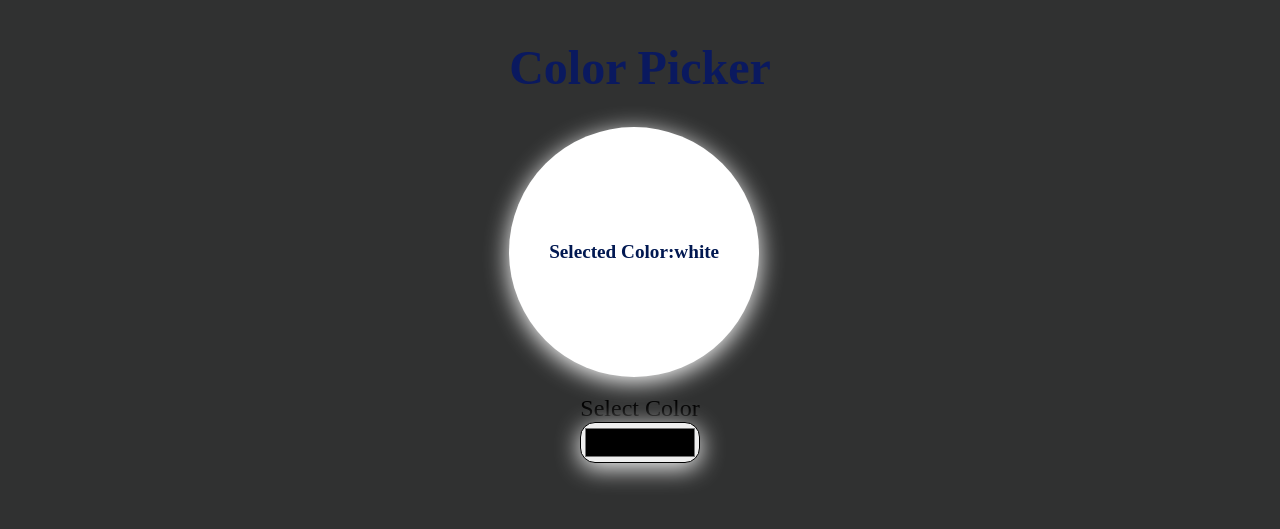
Repository: rkrukshan/Color-Picker--React-
Page: /
The author's editor kept a copy of each file at every save. The page is drawn from the files as they stood at one save, then again after a run of saves.
The browser window is 1280 px wide. The pictures show the whole page.
The project was rebuilt for these pictures with package versions that can differ from the ones it lists, and the page was loaded fresh each time. Also part of the build but not shown: vite.config.js.

Above is the page before, as saved 2024-07-21 19:08:28.

After the next 2 saves:
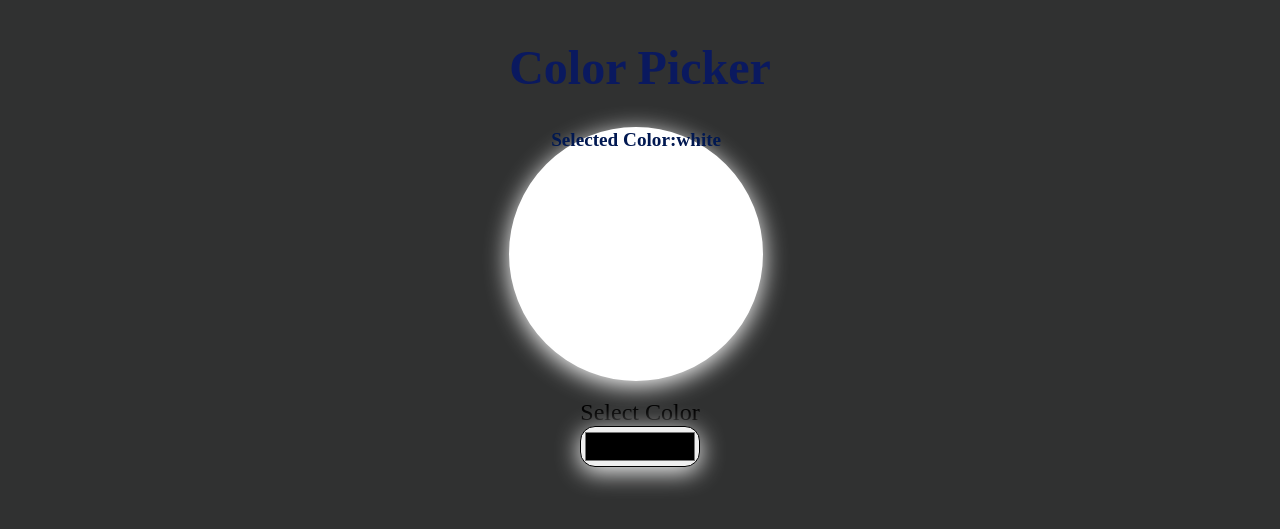
The 2 saves are shown as one change because they came seconds apart.
The last was saved 7 s later.
--- a/src/index.css
+++ b/src/index.css
@@ -15,9 +15,6 @@ body{
 
   height: 250px;
   width: 250px;
-  display: flex;
-  justify-content: center;
-  align-items: center; */
   border:2px solid rgb(255, 255, 255);
   border-radius: 50%;
   box-shadow:0px 5px 25px rgb(255, 255, 255);
